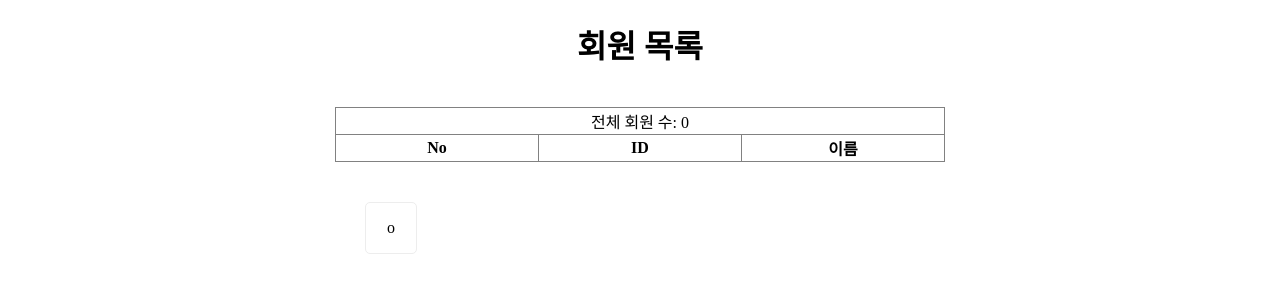
Repository: JaeYoon0935/lcom-servlet-jsp
Page: http://localhost/lcomputerstudy/user-list.do
These files come from the project's save history. The page is drawn as it stood at one moment and after the next save; the edit follows.
The browser window is 1280 px wide. The pictures show the whole page.
The page is served by Tomcat 9. Other server files are loaded and not shown. Queries for data that is not in the repository find no rows.

Above is the page before, as saved 2020-09-21 01:06:11.

### lcomputerstudy/WebContent/user/list.jsp
<%@ page language="java" contentType="text/html; charset=UTF-8"
    pageEncoding="UTF-8"%>
<%@ taglib prefix="c" uri="http://java.sun.com/jsp/jstl/core" %>
<!DOCTYPE html>
<html>
<head>
<meta charset="UTF-8">
<title>회원목록2</title>
</head>

<style>

	ul{
		width:600px;
		height:50px;
		margin:10px auto;
	}


	li{
		list-style:none;
		width:50px;
		line-height:50px;
		border:1px solid #ededed;
		float:left;
		text-align:center;
		margin:0 5px;
		border-radius:5px;
	}

	h1{
		text-align:center;
	}

	table{
		border-collapse:collapse;
		margin:40px auto;
	}

	table tr th{
		font-weight:700;
	}

	table tr td, table tr th{
		border:1px solid #818181;
		width:200px;
		text-align:center;
	}

	a{
		text-decoration:none;
		color:#000;
		font-weight:700;
	}

</style>
<body>
<h1>회원 목록</h1>

<table>
		<tr>
			<td colspan="3">전체 회원 수: ${pagination.userCount}</td>
			<%-- ${ }는 <%= =>(표현식)을 뜻한다. --%>
		<tr>
			<th>No</th>
			<th>ID</th>
			<th>이름</th>
		</tr>
		<c:forEach items="${list}" var="item" varStatus="status">
		<%-- 위에서 list를 user-list로 바꿀꺼 아니면 controller.java에 setAttribute값을 list로 해줘야함 --%>
			<tr>
				<td><a href="user-detail.do?u_idx=${item.u_idx}">${item.rownum}</a></td>
				<td>${item.u_id}</td>
				<td>${item.u_name}</td>
			</tr>
		</c:forEach>
</table>
	<div>
		<ul>
			<c:choose>
				<c:when test="${pagination.prevPage lt 5 }">
				<%-- lt는 <를 뜻한다. --%>
					<li style>
					 <span>o</span>
					</li>
				</c:when>
				<c:when test="${pagination.prevPage ge 5}">
				<%-- ge는 >=를 뜻한다. --%>
					<li>
						<a href="user-list.do?page=${pagination.prevPage}">
						 o
						</a>
					</li>
				</c:when>
			</c:choose>
			<c:forEach var="i" begin="${pagination.startPage}" end="${pagination.endPage}">


				<c:choose>
					<c:when test="${pagination.page eq i }">
					<%-- eq는 ==을 뜻한다. --%>
					<li style="background-color:#ededed;">
					<span>${i}</span>
					</li>
				</c:when>
					<c:when test="${pagination.page ne i }">
					<%-- ne는 !=를 뜻한다. --%>
					<li>
						<a href="user-list.do?page=${i}">${i}</a>
					</li>
					</c:when>
			</c:choose>
		</c:forEach>
		<c:choose>
			<c:when test="${pagination.nextPage lt pagination.lastPage }">
				<li style="">
					<a href="user-list.do?page=${pagination.nextPage }">o</a>
				</li>
			</c:when>
			<c:when test="${pagination.nextPage ge pagination.lastPage }">
				<li style="display:none;">
					<a href="user-list.do?page=${pagination.nextPage }">o</a>
				</li>
			</c:when>
		</c:choose>
		</ul>
	</div>





	<%--<div>
		<ul>
			<li><a href="user-list.do?page=1">1</a></li>
			<li><a href="user-list.do?page=2">2</a></li>
			<li><a href="user-list.do?page=3">3</a></li>
			<li><a href="user-list.do?page=4">4</a></li>
			<li><a href="user-list.do?page=5">5</a></li>
		</ul>
	</div>  --%>
</body>
</html>

### lcomputerstudy/src/com/lcomputerstudy/testmvc/controller/Controller.java
package com.lcomputerstudy.testmvc.controller;

import java.io.IOException;
import java.util.ArrayList;

import javax.servlet.RequestDispatcher;
import javax.servlet.ServletException;
import javax.servlet.annotation.WebServlet;
import javax.servlet.http.HttpServlet;
import javax.servlet.http.HttpServletRequest;
import javax.servlet.http.HttpServletResponse;

import com.lcomputerstudy.testmvc.service.UserService;
import com.lcomputerstudy.testmvc.vo.Pagination;
import com.lcomputerstudy.testmvc.vo.User;

@WebServlet("*.do")
public class Controller extends HttpServlet{
	private static final long serialVersionUID = 1L;

	protected void doGet(HttpServletRequest request, HttpServletResponse response) throws ServletException, IOException {
		doPost(request, response);
	}

	protected void doPost(HttpServletRequest request, HttpServletResponse response) throws ServletException, IOException{

	String requestURI = request.getRequestURI();
	String contextPath = request.getContextPath();
	String command = requestURI.substring(contextPath.length());
	String view = null;
	//int usercount = 0;
	int page =1;

	response.setContentType("text/html; charset=utf-8");
	request.setCharacterEncoding("utf-8");

	switch(command) {
	case "/user-list.do":

			String reqPage = request.getParameter("page");
			if(reqPage != null) {
				page = Integer.parseInt(reqPage);
			}

			UserService userService = UserService.getInstance();
			ArrayList<User> list = userService.getUsers(page);
			Pagination pagination = new Pagination(page);

			request.setAttribute("list", list);
			request.setAttribute("pagination", pagination);
			//블로그에는 key값이 user-list라고 되어있으나 , list.jsp에서 ${list}로 받으므로
			//key값을 list로 해줘야함.
			view = "user/list";
			break;

	case "/user-insert.do":
		view = "user/insert";
		break;
	case "/user-insert-process.do":
		User user = new User();
		user.setU_id(request.getParameter("id"));
		user.setU_pw(request.getParameter("password"));
		user.setU_name(request.getParameter("name"));
		user.setU_tel(request.getParameter("tel1" + "-" + request.getParameter("tel2")));
		user.setU_age(request.getParameter("age"));

		userService = UserService.getInstance();
		userService.insertUser(user);

		view = "user/insert-result";
		break;

	}

	RequestDispatcher rd = request.getRequestDispatcher(view+".jsp");
	rd.forward(request, response);
	}



}

### lcomputerstudy/src/com/lcomputerstudy/testmvc/service/UserService.java
package com.lcomputerstudy.testmvc.service;

import java.util.ArrayList;

import com.lcomputerstudy.testmvc.dao.UserDAO;
import com.lcomputerstudy.testmvc.vo.User;

public class UserService {

	private static UserService service = null;
	private static UserDAO dao = null;

	private UserService() {

	}

	public static UserService getInstance() {
		if(service == null) {
			service = new UserService();
			dao = UserDAO.getInstance();
		}
		return service;
	}

	public ArrayList<User> getUsers(int page) {
		return dao.getUsers(page);
	}

	public void insertUser(User user) {
		dao.insertUser(user);
	}

	public int getUsersCount() {
		return dao.getUsersCount();
	}


}

### lcomputerstudy/src/com/lcomputerstudy/testmvc/dao/UserDAO.java
package com.lcomputerstudy.testmvc.dao;

import java.sql.Connection;
import java.sql.PreparedStatement;
import java.sql.ResultSet;
import java.sql.SQLException;
import java.util.ArrayList;

import com.lcomputerstudy.testmvc.database.DBConnection;
import com.lcomputerstudy.testmvc.vo.User;


public class UserDAO {

	private static UserDAO dao = null;

	private UserDAO() {

	}

	public static UserDAO getInstance() {
		if(dao == null) {
			dao = new UserDAO();
		}
		return dao;
	}

	public ArrayList<User> getUsers(int page){
		Connection conn = null;
		PreparedStatement pstmt = null;
		ResultSet rs = null;
		ArrayList<User> list = null;
		int pageNum = (page-1)*3;

		try {
			conn = DBConnection.getConnection();
			String query = new StringBuilder()
					.append("SELECT    @ROWNUM := @ROWNUM -1 AS ROWNUM,\n")
					.append("          ta.*\n")
					.append("FROM      user ta,\n")
					.append("          (SELECT @rownum := (SELECT COUNT(*)-?+1 FROM user ta)) tb\n")
					.append("LIMIT      ?, 3\n")
					.toString();
			pstmt = conn.prepareStatement(query);
			pstmt.setInt(1, pageNum);
			pstmt.setInt(2, pageNum);
			rs = pstmt.executeQuery();
			list = new ArrayList<User>();


			while(rs.next()) {
				User user = new User();
				user.setRownum(rs.getInt("ROWNUM"));
				user.setU_idx(rs.getInt("u_idx"));
				user.setU_id(rs.getString("u_id"));
				user.setU_name(rs.getString("u_name"));
				user.setU_tel(rs.getString("u_tel"));
				user.setU_age(rs.getString("u_age"));
				list.add(user);
			}


		} catch (Exception e) {

		} finally {
			try {
			if(rs != null)	rs.close();
			if(pstmt != null)	pstmt.close();
			if(conn != null)	conn.close();
			} catch(SQLException e) {
				e.printStackTrace();
			}
		}

		return list;
	}

	public void insertUser(User user) {
		Connection conn = null;
		PreparedStatement pstmt = null;

		try {
			conn = DBConnection.getConnection();
			String sql = "insert into user(u_id, u_pw, u_name, u_tel, u_age) values(?,?,?,?,?)";
			pstmt = conn.prepareStatement(sql);
			pstmt.setString(1, user.getU_id());
			pstmt.setString(2, user.getU_pw());
			pstmt.setString(3, user.getU_name());
			pstmt.setString(4, user.getU_tel());
			pstmt.setString(5, user.getU_age());
			pstmt.executeUpdate();
		} catch(Exception ex) {
			System.out.println("SQLException : "+ex.getMessage());
		} finally {
			try {
				if(pstmt != null) pstmt.close();
				if(conn != null) conn.close();
			} catch(SQLException e) {
			e.printStackTrace();
		    }
	    }
    }

	public int getUsersCount() {
		Connection conn = null;
		PreparedStatement pstmt = null;
		ResultSet rs = null;
		int count = 0;
		try {
			conn =DBConnection.getConnection();
			String query = "SELECT COUNT(*) count FROM user";
			pstmt = conn.prepareStatement(query);
			rs = pstmt.executeQuery();

			while(rs.next()) {
				count = rs.getInt("count");
			}


		}catch(Exception e) {

		} finally {
			try {
				if(rs != null) rs.close();
				if(pstmt != null) pstmt.close();
				if(conn != null) conn.close();
			} catch(SQLException e) {
				e.printStackTrace();
			}
		}
		return count;
	}
}

### lcomputerstudy/src/com/lcomputerstudy/testmvc/database/DBConnection.java
package com.lcomputerstudy.testmvc.database;

import java.sql.*;

public class DBConnection {

	public static Connection getConnection() throws SQLException, ClassNotFoundException{
		Connection conn = null;

		String url = "jdbc:mysql://localhost:3306/yyy";
		String id = "root";
		String pw = "1234";


		Class.forName("org.mariadb.jdbc.Driver");
		conn = DriverManager.getConnection(url, id, pw);

		return conn;
	}
}

### lcomputerstudy/src/com/lcomputerstudy/testmvc/vo/Pagination.java
package com.lcomputerstudy.testmvc.vo;

import com.lcomputerstudy.testmvc.service.UserService;


// 면접 때, 이 부분(페이징처리)에 대한 질문에 대해 설명을 잘 하지 못함.
public class Pagination {
	int userCount; //user테이블에 등록 된 총 user 수
	int page; //현재 페이지번호
	int pageNum; //userCount/page = 화면에 나타낼 user index번호
	int startPage; //paginatoin의 시작(ex 1, 6, 11)
	int endPage; //pagination의 끝(ex 5, 10, 15)
	int lastPage; //(userCount/화면에 표시할 갯수), pagination 마지막 번호
	int prevPage; //pagination의 이전 목록
	int nextPage; //pagination의 다음 목록
	public static final int pageUnit=5; // 한번에 불러 올 pagination 수
	public static final int perPage=3; //한번에 불러 올 userCount 수
	UserService userService =null;

	public Pagination() {

	}

	public Pagination(int page) {
	this.page = page;
	userService = UserService.getInstance();
	userCount = userService.getUsersCount();
	startPage = ((page-1)/pageUnit)*pageUnit+1;
	lastPage = (int)Math.ceil(userCount /(float)perPage);
	endPage = startPage+pageUnit-1;
	endPage = endPage < lastPage ? endPage : lastPage;
	prevPage=(endPage-pageUnit);
	nextPage=(startPage+pageUnit);


	}

	public int getUserCount() {
		return userCount;
	}

	public void setUserCount(int userCount) {
		this.userCount = userCount;
	}

	public int getPage() {
		return page;
	}

	public void setPage(int page) {
		this.page = page;
	}

	public int getPageNum() {
		return pageNum;
	}

	public void setPageNum(int pageNum) {
		this.pageNum = pageNum;
	}

	public int getStartPage() {
		return startPage;
	}

	public void setStartPage(int startPage) {
		this.startPage = startPage;
	}

	public int getEndPage() {
		return endPage;
	}

	public void setEndPage(int endPage) {
		this.endPage = endPage;
	}

	public int getLastPage() {
		return lastPage;
	}

	public void setLastPage(int lastPage) {
		this.lastPage = lastPage;
	}

	public int getPrevPage() {
		return prevPage;
	}

	public void setPrevPage(int prevPage) {
		this.prevPage = prevPage;
	}

	public int getNextPage() {
		return nextPage;
	}

	public void setNextPage(int nextPage) {
		this.nextPage = nextPage;
	}

	public static int getPageunit() {
		return pageUnit;
	}

	public static int getPerpage() {
		return perPage;
	}





}

After the next save:
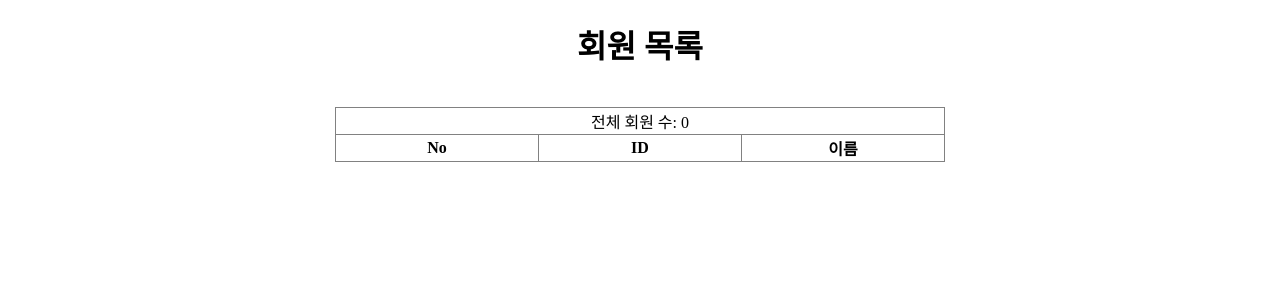
Saved 21 s later.
--- a/lcomputerstudy/WebContent/user/list.jsp
+++ b/lcomputerstudy/WebContent/user/list.jsp
@@ -80,7 +80,7 @@
 			<c:choose>
 				<c:when test="${pagination.prevPage lt 5 }">
 				<%-- lt는 <를 뜻한다. --%>
-					<li style>
+					<li style = "display:none;">
 					 <span>o</span>
 					</li>
 				</c:when>

After the 6 saves that followed:
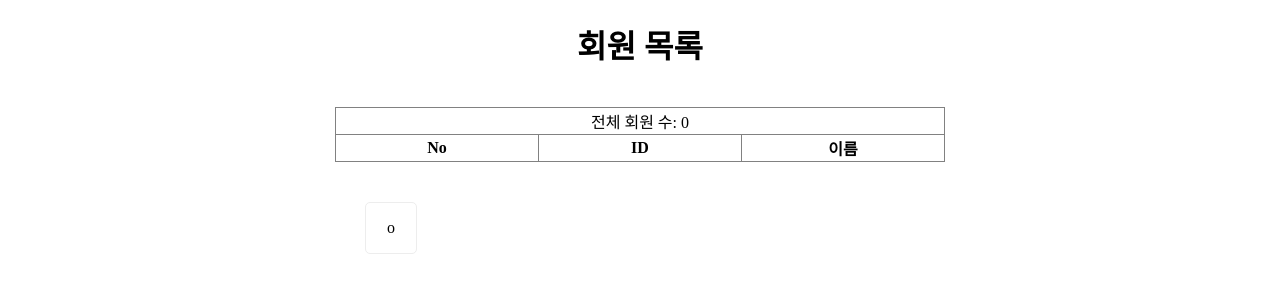
The 6 saves are shown as one change because 5 left the picture as it was.
The last was saved 5 min 30 s later.
--- a/lcomputerstudy/WebContent/user/list.jsp
+++ b/lcomputerstudy/WebContent/user/list.jsp
@@ -80,7 +80,8 @@
 			<c:choose>
 				<c:when test="${pagination.prevPage lt 5 }">
 				<%-- lt는 <를 뜻한다. --%>
-					<li style = "display:none;">
+				<%--<li style = "display:none;"> --%>
+					<li>
 					 <span>o</span>
 					</li>
 				</c:when>
@@ -88,7 +89,7 @@
 				<%-- ge는 >=를 뜻한다. --%>
 					<li>
 						<a href="user-list.do?page=${pagination.prevPage}">
-						 o
+						 {
 						</a>
 					</li>
 				</c:when>
@@ -114,12 +115,12 @@
 		<c:choose>
 			<c:when test="${pagination.nextPage lt pagination.lastPage }">
 				<li style="">
-					<a href="user-list.do?page=${pagination.nextPage }">o</a>
+					<a href="user-list.do?page=${pagination.nextPage }">></a>
 				</li>
 			</c:when>
 			<c:when test="${pagination.nextPage ge pagination.lastPage }">
 				<li style="display:none;">
-					<a href="user-list.do?page=${pagination.nextPage }">o</a>
+					<a href="user-list.do?page=${pagination.nextPage }">></a>
 				</li>
 			</c:when>
 		</c:choose>
